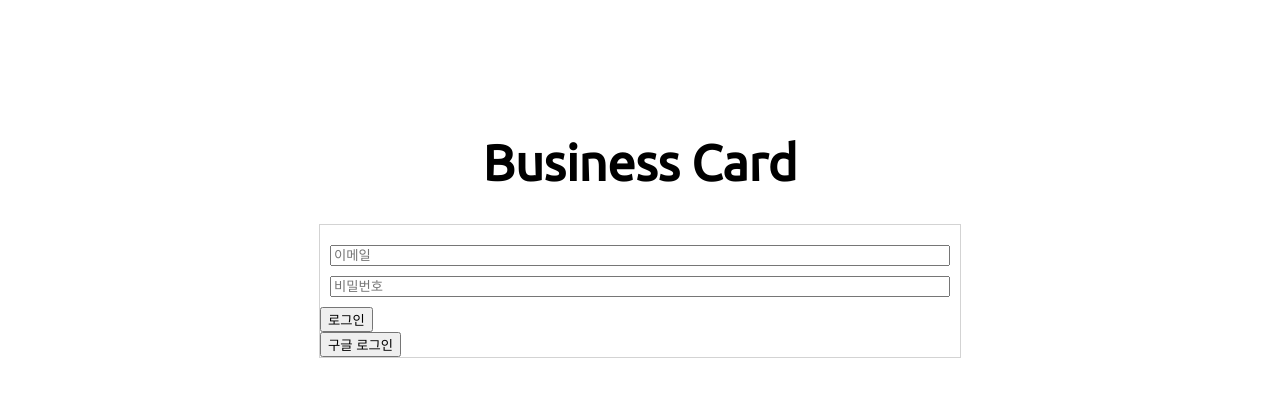
Repository: momo0170/react_businesscard
Page: /login
An editor plug-in stored every save of this project. The page is shown before and after the next save, followed by the edit.
The browser window is 1280 px wide. The pictures show the whole page.
The page's requests for data from a server got no answer. The project was rebuilt for these pictures with package versions that can differ from the ones it lists, and the page was loaded fresh each time. No one was signed in, and anything a server would have sent is missing.

Above is the page before, as saved 2022-08-10 19:31:00.

### public/index.html
<!DOCTYPE html>
<html lang="en">
  <head>
    <meta charset="utf-8" />
    <link rel="icon" href="%PUBLIC_URL%/favicon.ico" />
    <meta name="viewport" content="width=device-width, initial-scale=1" />
    <meta name="theme-color" content="#000000" />
    <meta
      name="description"
      content="Web site created using create-react-app"
    />
    <link rel="preconnect" href="https://fonts.googleapis.com" />
    <link rel="preconnect" href="https://fonts.gstatic.com" crossorigin />
    <link
      href="https://fonts.googleapis.com/css2?family=Ubuntu:ital,wght@0,400;1,500&display=swap"
      rel="stylesheet"
    />

    <title>App</title>
  </head>
  <body>
    <noscript>You need to enable JavaScript to run this app.</noscript>
    <div id="root"></div>
  </body>
</html>

### src/index.js
import React from 'react';
import ReactDOM from 'react-dom/client';
import './index.css';
import App from './app.jsx';
import './firebase.js';
import { BrowserRouter } from 'react-router-dom';

const root = ReactDOM.createRoot(document.getElementById('root'));
root.render(
  <BrowserRouter>
    <App />
  </BrowserRouter>
);

### src/index.css
body {
  margin: 0;
  font-family: 'Ubuntu', sans-serif;
  -webkit-font-smoothing: antialiased;
  -moz-osx-font-smoothing: grayscale;
}

code {
  font-family: source-code-pro, Menlo, Monaco, Consolas, 'Courier New',
    monospace;
}

### src/app.jsx
import React, { useState } from 'react';
import { Routes, Route } from 'react-router-dom';
import { auth, app } from './firebase';
import {
  GoogleAuthProvider,
  signInWithPopup,
  createUserWithEmailAndPassword,
  onAuthStateChanged,
  signInWithEmailAndPassword,
  signOut,
} from 'firebase/auth';
import Login from './components/login';

// createUserWithEmailAndPassword : 회원가입
// signInWithEmailAndPassword : 로그인
// signOut : 로그아웃
// sendEmailVerifiacation : 회원가입한 이메일 유호 확인
// updateEmail : 회원가입한 아이디 이메일 변경
// updatePassword : 회원가입한 아이디 패스워드 변경
// sendPasswordResetEmail : 회원가입한 비빌먼호 재설정
// delete : 회원가입한 아이디 삭제
// reauthenticate : 아이디 재인증
// onAuthStateChanged : 사용자의 로그인 상태 변경 감시

function App() {
  const [registerEmail, setRegisterEmail] = useState('');
  const [registerPassword, setRegisterPassword] = useState('');
  const [loginEmail, setLoginEmail] = useState('');
  const [loginPassword, setLoginPassword] = useState('');
  const [googleUserData, setGoogleUserData] = useState(null);
  const [emailUserData, setEmailUserData] = useState(null);

  // 회원가입
  const register = () => {
    createUserWithEmailAndPassword(auth, registerEmail, registerPassword)
      .then((userCredential) => {
        // Signed in
        var registerUser = userCredential.user;
        console.log(registerUser);
      })
      .catch((error) => {
        var errorCode = error.code;
        var errorMessage = error.message;
        console.log(errorCode);
        console.log(errorMessage);
        // ..
      });
  };

  // 이메일 로그인
  const emailLogin = () => {
    signInWithEmailAndPassword(auth, loginEmail, loginPassword)
      .then((userCredential) => {
        const user = userCredential.user;
        setEmailUserData(user);
        console.log(user);
      })
      .catch((error) => {
        const errorCode = error.code;
        const errorMessage = error.message;
        console.log(errorCode);
        console.log(errorMessage);
      });
  };

  // 구글 로그인
  const googleLogin = () => {
    const provider = new GoogleAuthProvider(); // provider를 구글로 설정
    signInWithPopup(auth, provider) // popup을 이용한 signup
      .then((data) => {
        setGoogleUserData(data.user); // user data 설정
        console.log(data); // console로 들어온 데이터 표시
      })
      .catch((err) => {
        console.log(err);
      });
  };

  return (
    <Routes>
      <Route path="/">
        <Route
          path="login"
          element={
            <Login
              googleLogin={googleLogin}
              register={register}
              emailLogin={emailLogin}
              googleUserData={googleUserData}
              setGoogleUserData={setGoogleUserData}
              emailUserData={emailUserData}
              setEmailUserData={setEmailUserData}
              setLoginEmail={setLoginEmail}
              setLoginPassword={setLoginPassword}
            />
          }
        />
      </Route>
      {/* <Route path="/main" element={<Main />} /> */}
    </Routes>
  );
}

export default App;

### src/firebase.js
import { initializeApp } from 'firebase/app';
import { getAuth } from 'firebase/auth';

const firebaseConfig = {
  apiKey: process.env.REACT_APP_API_KEY,
  authDomain: process.env.REACT_APP_AUTH_DOMAIN,
  projectId: process.env.REACT_APP_PROJECT_ID,
  storageBucket: process.env.REACT_APP_STORAGE_BUCKET,
  messagingSenderId: process.env.REACT_APP_MESSAGING_ID,
  appId: process.env.REACT_APP_APP_ID,
};
const app = initializeApp(firebaseConfig);
const auth = getAuth(app);

export { app, auth };

### src/components/login.jsx
import React from 'react';
import styles from '../css/login.module.css';

function Login({
  googleLogin,
  googleUserData,
  register,
  emailLogin,
  setGoogleUserData,
  emailUserData,
  setEmailUserData,
  setLoginEmail,
  setLoginPassword,
}) {
  return (
    <>
      <h1 className={styles.title}>Business Card</h1>
      <div className={styles.container}>
        <div className={styles.input}>
          <input
            placeholder="이메일"
            className={styles.id}
            onChange={(e) => {
              setLoginEmail(e.target.value);
            }}
          />
          <input
            placeholder="비밀번호"
            className={styles.password}
            onChange={(e) => {
              setLoginPassword(e.target.value);
            }}
          />
        </div>
        <div className={styles.login}>
          {/* 구글 로그인 */}
          <div>
            <button onClick={googleLogin}>로그인</button>
            {googleUserData ? googleUserData.displayName : null}
          </div>
          <div>{googleUserData ? googleUserData.email : null}</div>

          {/* 이메일 로그인 */}

          <button onClick={emailLogin}>구글 로그인</button>
        </div>
      </div>
    </>
  );
}

export default Login;

### src/css/login.module.css
@value normalBlue from '../common/colors.css';
@value lightGrey from '../common/colors.css';

.title {
  text-align: center;
  padding-top: 100px;
  font-size: 50px;
  color: normalBlue;
}

.container {
  display: flex;
  flex-direction: column;
  width: 50vw;
  border: 1px solid lightGrey;
  margin: 0 auto;
}

.input {
  display: flex;
  flex-direction: column;
  margin: 10px 10px;
}

.id {
  margin: 10px 0;
}

After the next save:
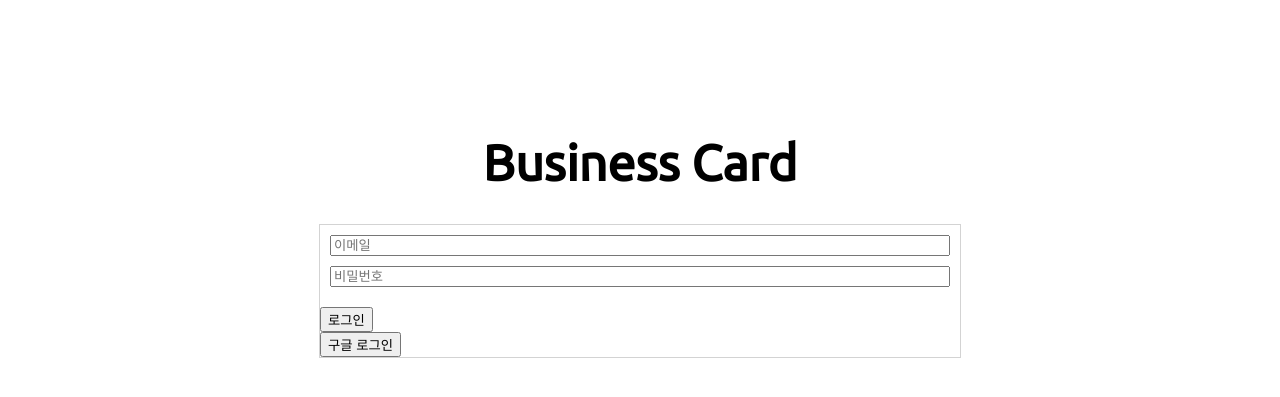
Saved 8 s later.
--- a/src/css/login.module.css
+++ b/src/css/login.module.css
@@ -22,6 +22,7 @@
   margin: 10px 10px;
 }
 
-.id {
+.idk,
+.password {
   margin: 10px 0;
 }
